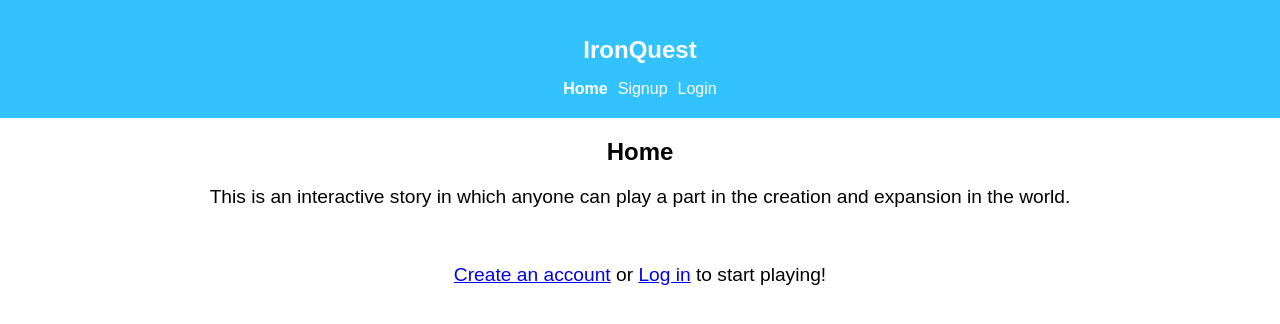
Repository: MikeTroianello/project4
Page: / (app in client/)
These files come from the project's save history. The page is drawn as it stood at one moment and after a run of saves; the edit follows.
The browser window is 1280 px wide. The pictures show the whole page.
The page's requests for data from a server got no answer. The project was rebuilt for these pictures with package versions that can differ from the ones it lists, and the page was loaded fresh each time. No one was signed in, and anything a server would have sent is missing. Also part of the build but not shown: client/src/components/pages/StoryPage.jsx, client/src/components/pages/CreateStory.jsx, client/src/components/pages/ReadStory.jsx, client/src/components/pages/Login.jsx, client/src/components/pages/Signup.jsx, client/src/components/pages/Profile.jsx.

Above is the page before, as saved 2019-03-22 01:16:11.

### client/public/index.html
<!DOCTYPE html>
<html lang="en">

<head>
  <meta charset="utf-8">
  <meta name="viewport" content="width=device-width, initial-scale=1, shrink-to-fit=no">
  <meta name="theme-color" content="#000000">
  <!--
      manifest.json provides metadata used when your web app is added to the
      homescreen on Android. See https://developers.google.com/web/fundamentals/engage-and-retain/web-app-manifest/
    -->
  <!-- <link rel="manifest" href="%PUBLIC_URL%/manifest.json"> -->
  <link rel="shortcut icon" href="%PUBLIC_URL%/favicon.ico">
  <!--
      Notice the use of %PUBLIC_URL% in the tags above.
      It will be replaced with the URL of the `public` folder during the build.
      Only files inside the `public` folder can be referenced from the HTML.

      Unlike "/favicon.ico" or "favicon.ico", "%PUBLIC_URL%/favicon.ico" will
      work correctly both with client-side routing and a non-root public URL.
      Learn how to configure a non-root public URL by running `npm run build`.
    -->
  <title>IronQuest</title>
</head>

<body>
  <noscript>
    You need to enable JavaScript to run this app.
  </noscript>
  <div id="root"></div>
  <!--
      This HTML file is a template.
      If you open it directly in the browser, you will see an empty page.

      You can add webfonts, meta tags, or analytics to this file.
      The build step will place the bundled scripts into the <body> tag.

      To begin the development, run `npm start` or `yarn start`.
      To create a production bundle, use `npm run build` or `yarn build`.
    -->
</body>

</html>

### client/src/index.js
import React from 'react';
import ReactDOM from 'react-dom';
import './index.scss';
import { BrowserRouter as Router } from 'react-router-dom';
import App from './components/App.jsx';
// import registerServiceWorker from './registerServiceWorker';

ReactDOM.render(<Router><App /></Router>, document.getElementById('root'));
// registerServiceWorker();

### client/src/index.scss
// --------------------
// Definition of variables
$primary: #32c3ff;


// ----------------------------------------
// To install Boostrap:
// 1) Run in the client folder: $ npm i bootstrap
// 2) Import bootstrap with the following line
// @import '../node_modules/bootstrap/scss/bootstrap.scss';
//
// To install Reactstrap:
// 1) Run in the client folder: $ npm i reactstrap
// 2) Go to the official documentation and take some examples: https://reactstrap.github.io/
// import { Button } from 'reactstrap';
// <Button color="danger">Danger!</Button>
// ----------------------------------------


// --------------------
// Style reusable for all components
body {
  margin: 0;
  padding: 0;
  font-family: sans-serif;
}

.info {
  margin: 20px;
  padding: 10px 20px;
  border-radius: 10px;
  display: inline-block;
  background-color: #5776e9;
  color: white;
}

.info.info-danger {
  background-color: #e73f3f;
}

// --------------------
// Style for App component
.App {
  text-align: center;

  .App-logo {
    animation: App-logo-spin infinite 20s linear;
    height: 80px;
  }

  .App-header {
    background-color: $primary;
    padding: 20px;
    color: white;

    a {
      color: white;
      padding: 0 5px;
      text-decoration: unset;
    }

    a.active {
      font-weight: bold;
    }
  }

  .App-title {
    font-size: 1.5em;
  }

  .App-intro {
    font-size: large;
  }

  @keyframes App-logo-spin {
    from {
      transform: rotate(0deg);
    }

    to {
      transform: rotate(360deg);
    }
  }
}

// --------------------
// Style for Home component
.Home {
  p {
    font-size: 1.2em;
  }
}

// --------------------
// Style for Secret component
.Secret {
  .result {
    font-size: 1.2em;
    color: $primary;
  }
}

.storyText{
    height:200px;
    font-size:14pt;
}

### client/src/components/App.jsx
import React, { Component } from 'react';
import { Route, Link, NavLink, Switch } from 'react-router-dom';
import Home from './pages/Home';
import CreateStory from './pages/CreateStory';
import Login from './pages/Login';
import Signup from './pages/Signup';
import api from '../api';
import ReadStory from './pages/ReadStory'
import StoryPage from './pages/StoryPage'
import Profile from './pages/Profile'

export default class App extends Component {
  state = {
    user: {},
  }

  componentDidMount() {
    this.setUser()
  }

  setUser = () => {
    if (api.isLoggedIn()) {
      this.setState({ user: api.getLocalStorageUser() })
    } else {
      this.setState({ user: {} })

    }
  }

  handleLogoutClick(e) {
    api.logout()
    //this.setState({user:null})
    this.setUser()

  }

  render() {
    return (
      <div className="App">
        <header className="App-header">
          <h1 className="App-title">IronQuest</h1>
          {api.isLoggedIn() && <h3>Hello, {this.state.user.username}!</h3>}
          <NavLink to="/" exact>Home</NavLink>
          {!api.isLoggedIn() && <NavLink to="/signup">Signup</NavLink>}
          {!api.isLoggedIn() && <NavLink to="/login">Login</NavLink>}
          {api.isLoggedIn() && <NavLink to="/profile">Profile Page</NavLink>}
          {api.isLoggedIn() && <Link to="/" onClick={(e) => this.handleLogoutClick(e)}>Logout</Link>}
          {/* <NavLink to="/readstory">Read a Story</NavLink> */}
        </header>
        <Switch>


        <Route
            exact
            path='/'
            render={(props) => <Home {...props}  setUser={this.setUser} />}
          />
          <Route
            path='/signup'
            render={(props) => <Signup {...props} setUser={this.setUser} />}
          />
          <Route
            path='/login'
            render={(props) => <Login {...props} setUser={this.setUser}/>}
          />
          <Route
            path='/createstory'
            render={(props) => <CreateStory {...props} setUser={this.setUser}/>}
          />
          <Route
            path='/readstory'
            render={(props) => <ReadStory {...props} setUser={this.setUser}/>}
          />
          <Route
            path='/profile'
            render={(props) => <Profile {...props} setUser={this.setUser}/>}
          />
          <Route
            path='/story/:id'
            render={(props) => <StoryPage {...props} setUser={this.setUser}/>}
          />
          <Route render={() => <h2>404</h2>} />


        </Switch>
      </div>
    );
  }
}

### client/src/components/pages/Home.jsx
import React, { Component } from 'react';
import Axios from 'axios';
import api from '../../api'
import ReadStory from './ReadStory';
import { SERVER_URL } from '../../config'

export default class Home extends Component {


  componentDidMount(){

    console.log(api.isLoggedIn())
    console.log(api.getLocalStorageUser())

    Axios.get(`${SERVER_URL}/whatever`).then(res=>{
      // console.log("PLEASE GOD DISPLAY THIS", res)
    })

  }


  render() {
    return (
      <div className="Home">
        <h2>Home</h2>
        <p>This is an interactive story in which anyone can play a part in the creation and expansion in the world.</p><br></br>

        {!api.isLoggedIn() && <p><a href="Signup">Create an account</a> or <a href="Login">Log in</a> to start playing!</p>}
        {api.isLoggedIn() && <p><a href="readstory">Let's Play!</a> </p>}
      </div>
    );
  }
}

### client/src/api.js
import axios from 'axios'
axios.defaults.withCredentials = true


const service = axios.create({
  baseURL: process.env.NODE_ENV === 'production' ? '/api' : 'http://localhost:5000/api',
  withCredentials: true
})

const errHandler = err => {
  console.error(err)
  if (err.response && err.response.data) {
    console.error("API response", err.response.data)
    throw err.response.data.message
  }
  throw err
}

export default {
  service: service,

  // This method is synchronous and returns true or false
  // To know if the user is connected, we just check if we have a value for localStorage.getItem('user')
  isLoggedIn() {
    return localStorage.getItem('user') != null
  },

  // This method returns the user from the localStorage
  // Be careful, the value is the one when the user logged in for the last time
  getLocalStorageUser() {
    return JSON.parse(localStorage.getItem('user'))
  },

  // This method signs up and logs in the user
  signup(userInfo) {
    return service
      .post('/signup', userInfo)
      .then(res => {
        // If we have localStorage.getItem('user') saved, the application will consider we are loggedin
        localStorage.setItem('user', JSON.stringify(res.data))
        return res.data
      })
      .catch(errHandler)
  },

  login(username, password) {
    return service
      .post('/login', {
        username,
        password,
      })
      .then(res => {
        // If we have localStorage.getItem('user') saved, the application will consider we are loggedin
        localStorage.setItem('user', JSON.stringify(res.data))
        return res.data
      })
      .catch(errHandler)
  },

  logout() {
    localStorage.removeItem('user')
    return service
      .get('/logout')
  },

  // This is an example on how to use this method in a different file
  // api.getCountries().then(countries => { /* ... */ })

}

### client/src/config.js
export const SERVER_URL = process.env.NODE_ENV === 'production' ? 'https://ironquest.herokuapp.com/api' : 'http://localhost:5000/api'

After the next 2 saves:
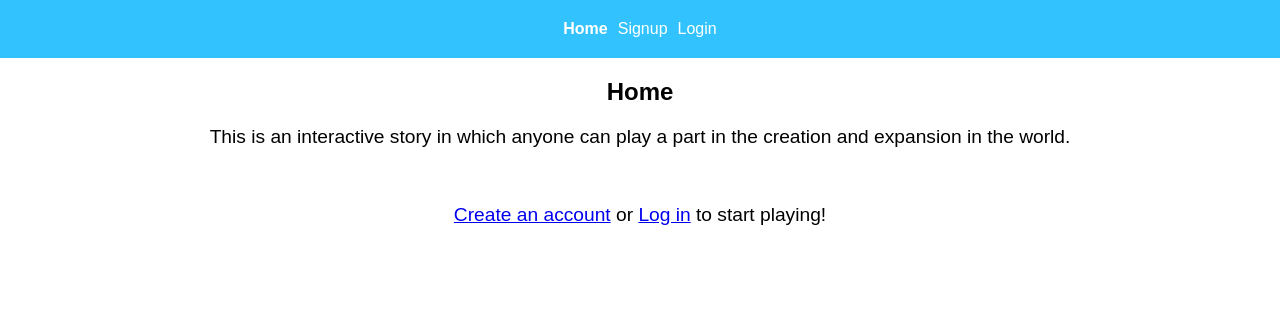
The 2 saves are shown as one change because 1 did not build or start.
The last was saved 8 h 11 min later.
--- a/client/src/components/App.jsx
+++ b/client/src/components/App.jsx
@@ -38,7 +38,7 @@
     return (
       <div className="App">
         <header className="App-header">
-          <h1 className="App-title">IronQuest</h1>
+          <img link="/Ironquest.png"/>
           {api.isLoggedIn() && <h3>Hello, {this.state.user.username}!</h3>}
           <NavLink to="/" exact>Home</NavLink>
           {!api.isLoggedIn() && <NavLink to="/signup">Signup</NavLink>}
